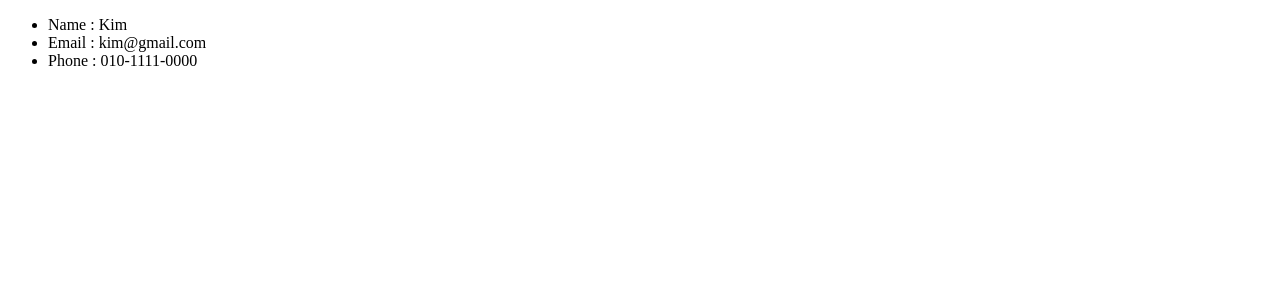
Repository: JIYEON25/model
Page: http://localhost/myWeb/eltag/elex2.jsp
The author's editor kept a copy of each file at every save. The page is drawn from the files as they stood at one save, then again after the next save.
The browser window is 1280 px wide. The pictures show the whole page.
The page is served by Tomcat 9.

Above is the page before, as saved 2023-09-21 01:43:42.

After the next save:
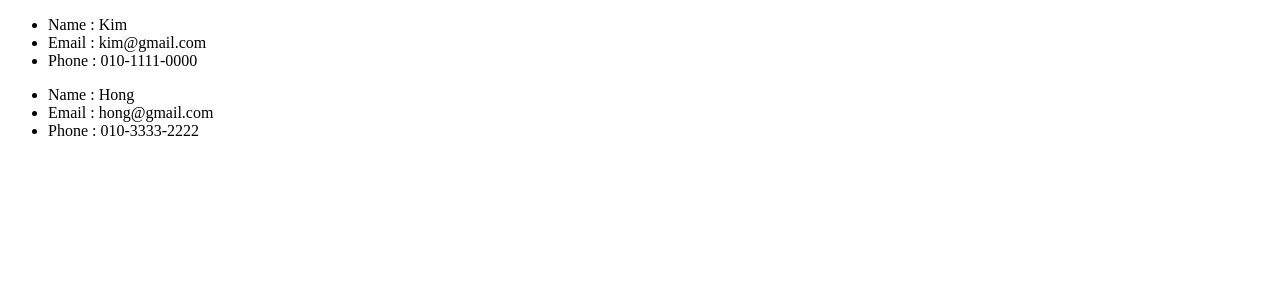
Saved 14 s later.
--- a/model1/myJSP/myWeb/src/main/webapp/eltag/elex2.jsp
+++ b/model1/myJSP/myWeb/src/main/webapp/eltag/elex2.jsp
@@ -32,5 +32,10 @@
 		<li>Email : ${customer[0].email}</li>
 		<li>Phone : ${customer[0].phone}</li>
 	</ul>
+	<ul>
+		<li>Name : ${customer[1].name}</li>
+		<li>Email : ${customer[1].email}</li>
+		<li>Phone : ${customer[1].phone}</li>
+	</ul>
 </body>
 </html>
